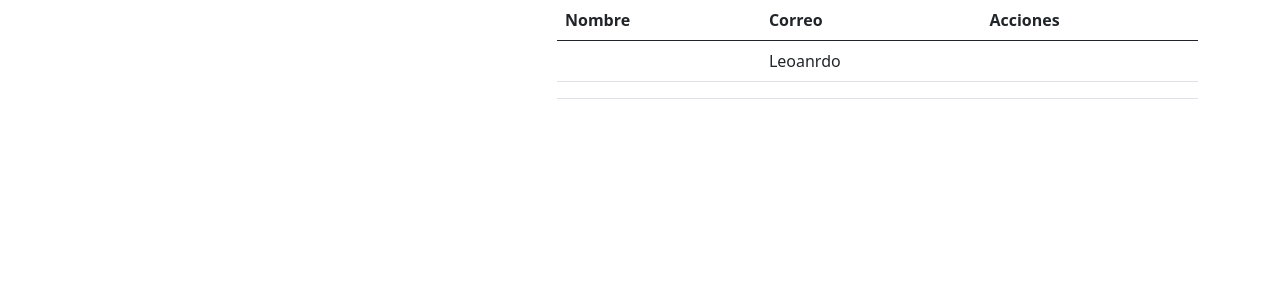
Repository: LionardoGomiz/CRUD-JS-VAINILLA
Page: index.html
These files come from the project's save history. The page is drawn as it stood at one moment and after the next save; the edit follows.
The browser window is 1280 px wide. The pictures show the whole page.

Above is the page before, as saved 2021-08-09 13:55:33.

### index.html
<!DOCTYPE html>
<html lang="es">
<head>
    <meta charset="UTF-8">
    <meta http-equiv="X-UA-Compatible" content="IE=edge">
    <meta name="viewport" content="width=device-width, initial-scale=1.0">
    <title>CRUD JS Vainilla</title>
    <link href="https://cdn.jsdelivr.net/npm/bootstrap@5.1.0/dist/css/bootstrap.min.css" rel="stylesheet" integrity="sha384-KyZXEAg3QhqLMpG8r+8fhAXLRk2vvoC2f3B09zVXn8CA5QIVfZOJ3BCsw2P0p/We" crossorigin="anonymous">
    <script src="https://cdn.jsdelivr.net/npm/bootstrap@5.1.0/dist/js/bootstrap.bundle.min.js" integrity="sha384-U1DAWAznBHeqEIlVSCgzq+c9gqGAJn5c/t99JyeKa9xxaYpSvHU5awsuZVVFIhvj" crossorigin="anonymous"></script>
</head>
<body>
    <!--<a name=""  id="" class="btn btn-primary" href="#" role="button">Hola </a>-->
    <div class="container">
        <div class="row">
            <div class="col-md-5">

            </div>
            <div class="col-md-7">
                <table class="table">
                    <thead>
                        <tr>
                            <th>Nombre</th>
                            <th>Correo</th>
                            <th>Acciones</th>
                        </tr>
                    </thead>
                    <tbody>
                        <tr>
                            <td scope="row"></td>
                            <td>Leoanrdo</td>
                            <td></td>
                        </tr>
                        <tr>
                            <td scope="row"></td>
                            <td></td>
                            <td></td>
                        </tr>
                    </tbody>
                </table>
            </div>
        </div>
    </div>
</body>
</html>

After the next save:
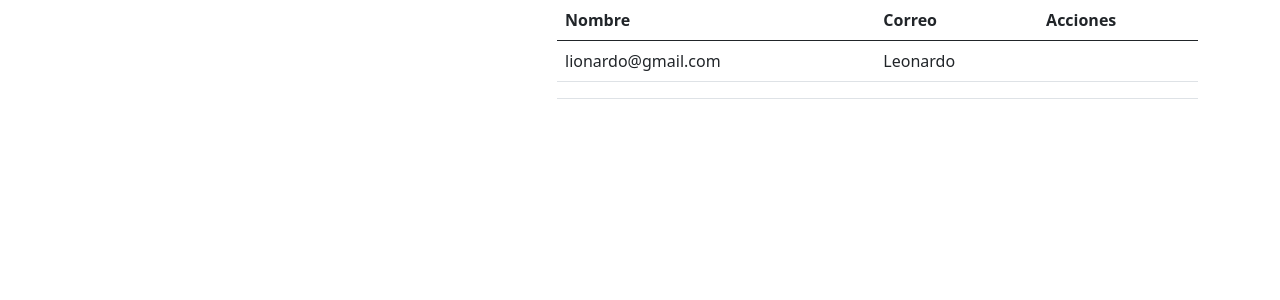
Saved 5 min 25 s later.
--- a/index.html
+++ b/index.html
@@ -26,8 +26,8 @@
                     </thead>
                     <tbody>
                         <tr>
-                            <td scope="row"></td>
-                            <td>Leoanrdo</td>
+                            <td scope="row">lionardo@gmail.com</td>
+                            <td>Leonardo</td>
                             <td></td>
                         </tr>
                         <tr>
